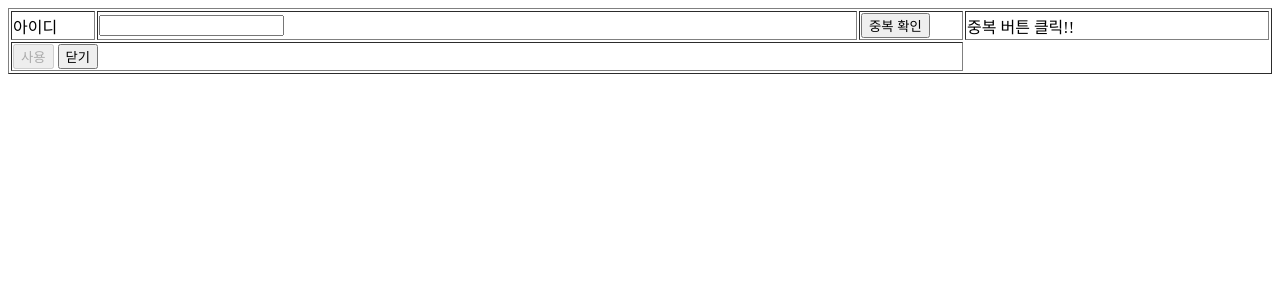
Repository: Leewonhoo/kostaweb
Page: Jsp_sample/WebContent/idchecked.html
These files come from the project's save history. The page is drawn as it stood at one moment and after the next save; the edit follows.
The browser window is 1280 px wide. The pictures show the whole page.

Above is the page before, as saved 2017-09-13 05:43:50.
Console error: TypeError: Cannot read properties of null (reading 'document')

### Jsp_sample/WebContent/idchecked.html
<!DOCTYPE html PUBLIC "-//W3C//DTD HTML 4.01 Transitional//EN" "http://www.w3.org/TR/html4/loose.dtd">
<html>
<head>
<meta http-equiv="Content-Type" content="text/html; charset=EUC-KR">
<title>Insert title here</title>

<script type="text/javascript">
	function init(){
		var pid = window.opener.document.getElementById("memberId");
		var id = document.getElementById("reid");
		id.value = pid.value;
	}
	window.onload = function(){
		init();
	}
	/*중복검사*/
	function idcheck(){
		var registerId = new Array("zcxzxc", "asdasd", "qweqwe", "qweasd", "zxczxc");
		var id = document.getElementById("reid").value;
		var use = document.getElementById("use");
		var result = false;

		for(var i=0; i<registerId.length; i++){
			if (id == registerId[i]){
				result = true;
				break;
			}
		}

		if (result){
			document.getElementById("result").innerText="중복 | 다른 아이디 사용";
			use.disabled = true;
		} else {
			document.getElementById("result").innerText="사용가능 | 현재 아이디 사용";
			use.disabled = false;
		}
	}
	/*아이디 사용*/
	function iduse(){
		var pid = window.opener.document.getElementById("memberId");
		var id = document.getElementById("reid");
		pid.value = id.value;
		window.close();
	}
</script>

</head>
<body>
	<form action="join.html" name="idcheckk">
		<table border="1" width="100%" height="100%">
			<tr>
				<td width="80px">아이디</td>
				<td colspan="2" width="120px"><input id="reid" name="reid" type="text" maxlength="20"></td>
				<td width="100px"><input type="button" value="중복 확인" onclick="idcheck()"></td>
				<td width="300px"><span id="result">중복 버튼 클릭!!</span></td>
			</tr>
			<tr>
				<td colspan="4">
					<input id="use" type="button" value="사용" onclick="iduse()" disabled>
					<input type="button" value="닫기" onclick="window.close()">
				</td>
			</tr>
		</table>
	</form>
</body>
</html>

After the next save:
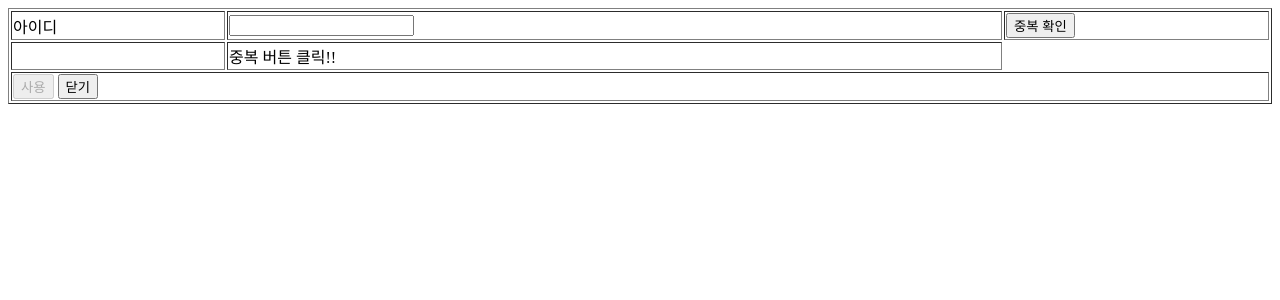
Saved 21 s later.
--- a/Jsp_sample/WebContent/idchecked.html
+++ b/Jsp_sample/WebContent/idchecked.html
@@ -52,7 +52,9 @@
 				<td width="80px">아이디</td>
 				<td colspan="2" width="120px"><input id="reid" name="reid" type="text" maxlength="20"></td>
 				<td width="100px"><input type="button" value="중복 확인" onclick="idcheck()"></td>
-				<td width="300px"><span id="result">중복 버튼 클릭!!</span></td>
+			</tr>
+			<tr>
+				<td><td width="300px"><span id="result">중복 버튼 클릭!!</span></td>
 			</tr>
 			<tr>
 				<td colspan="4">
